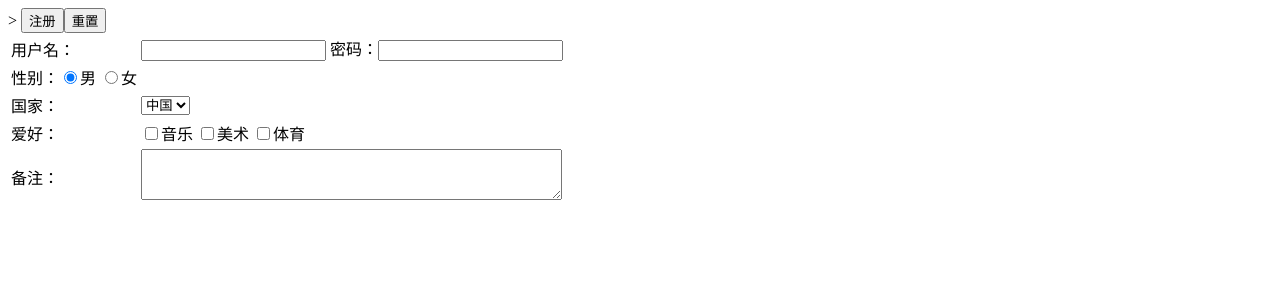
Repository: Lansefanggezi/JavaWeb
Page: HelloServlet/WebContent/Register.html
An editor plug-in stored every save of this project. The page is shown before and after the next save, followed by the edit.
The browser window is 1280 px wide. The pictures show the whole page.

Above is the page before, as saved 2018-03-29 08:41:22.

### HelloServlet/WebContent/Register.html
<!DOCTYPE html>
<html>
<head>
<meta charset="UTF-8">
<title>Register</title>
</head>
<body>
	<form action="RegisterServlet" method="post" name="action1">
	<table style="">
	<tr>
		<td >
			用户名：
			</td>
		<td><input type="text" name="userName" >

			密码：<input type="password" name="password">
		</td>
	</tr>
	<tr>
		<td>
			性别：<input type="radio" name="sex" value="男" checked>男
		<input type="radio" name="sex" value="女">女
		</td>
		<tr>
		<td>
		国家：</td><td><select name="country">
				<option value="zhongguo">中国</option>
				<option value="riben">日本</option>
				<option value="chaoxian">朝鲜</option>
			</select>
		</td>>
		</tr>
		<tr><td>爱好：</td>
		<td> <input type="checkbox" name="likes" value="音乐">音乐
				<input type="checkbox" name="likes" value="美术">美术
				<input type="checkbox" name="likes" value="体育">体育
			</td>
			</tr>
			<tr>
			<td>
		备注：</td>
		<td><textarea rows="3" cols="50" name="remark" ></textarea>
		</td>
		</tr>
		<input type="submit" value="注册" >
		<input type="reset" value="重置">
		</table>
	</form>
</body>
</html>

After the next save:
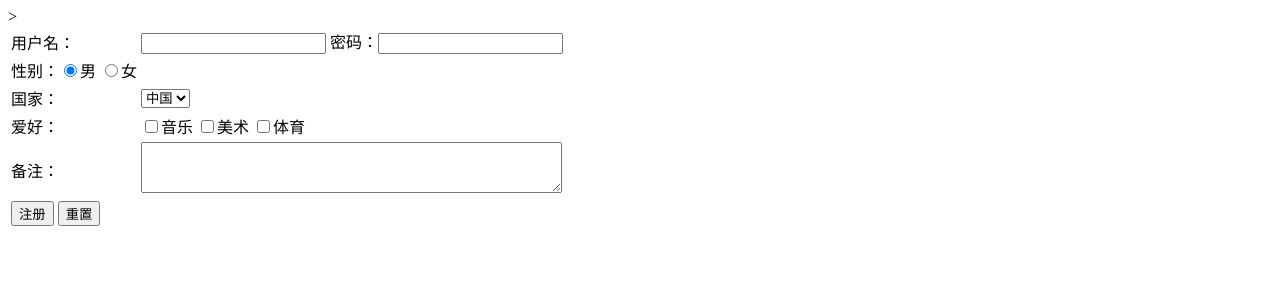
Saved 6 s later.
--- a/HelloServlet/WebContent/Register.html
+++ b/HelloServlet/WebContent/Register.html
@@ -42,6 +42,8 @@
 		<td><textarea rows="3" cols="50" name="remark" ></textarea>
 		</td>
 		</tr>
+		<tr>
+		<td>
 		<input type="submit" value="注册" >
 		<input type="reset" value="重置">
 		</table>
